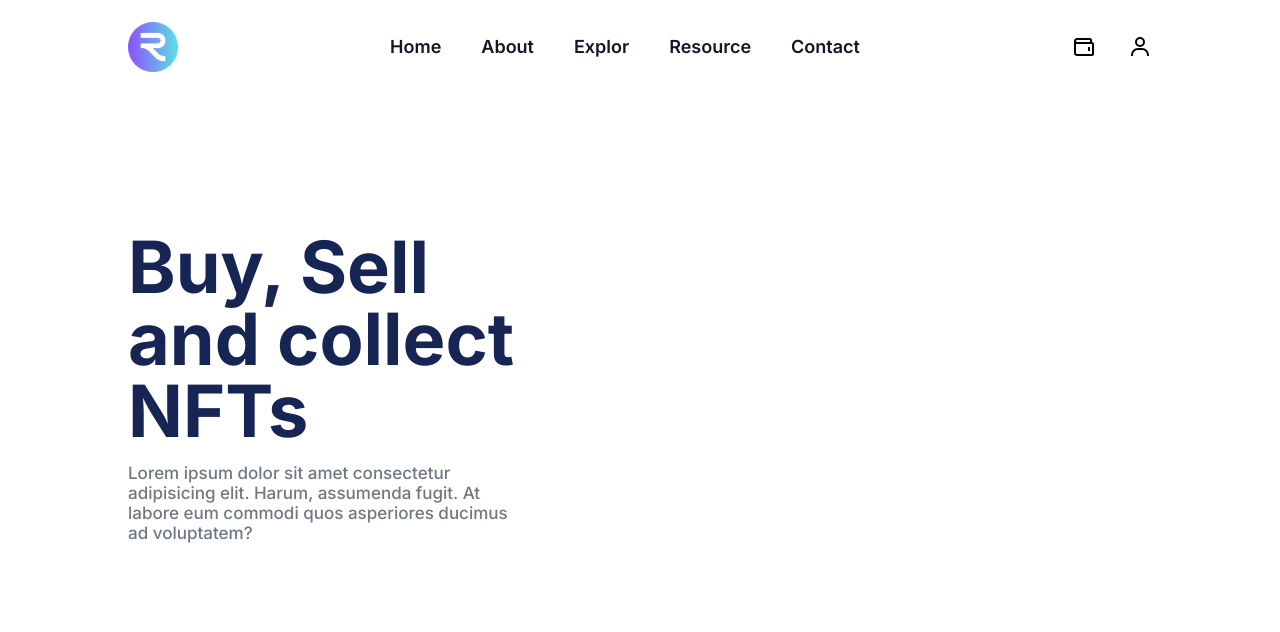
Repository: longblue2910/rimdasilva-ui
Page: /
These files come from the project's save history. The page is drawn as it stood at one moment and after a run of saves; the edit follows.
The browser window is 1280 px wide. The pictures show the whole page.
The project was rebuilt for these pictures with package versions that can differ from the ones it lists, and the page was loaded fresh each time. The framework's server and built-in components were replaced by stand-ins that run in the browser. Also part of the build but not shown: next.config.mjs.

Above is the page before, as saved 2024-08-09 17:06:28.

After the next 2 saves:
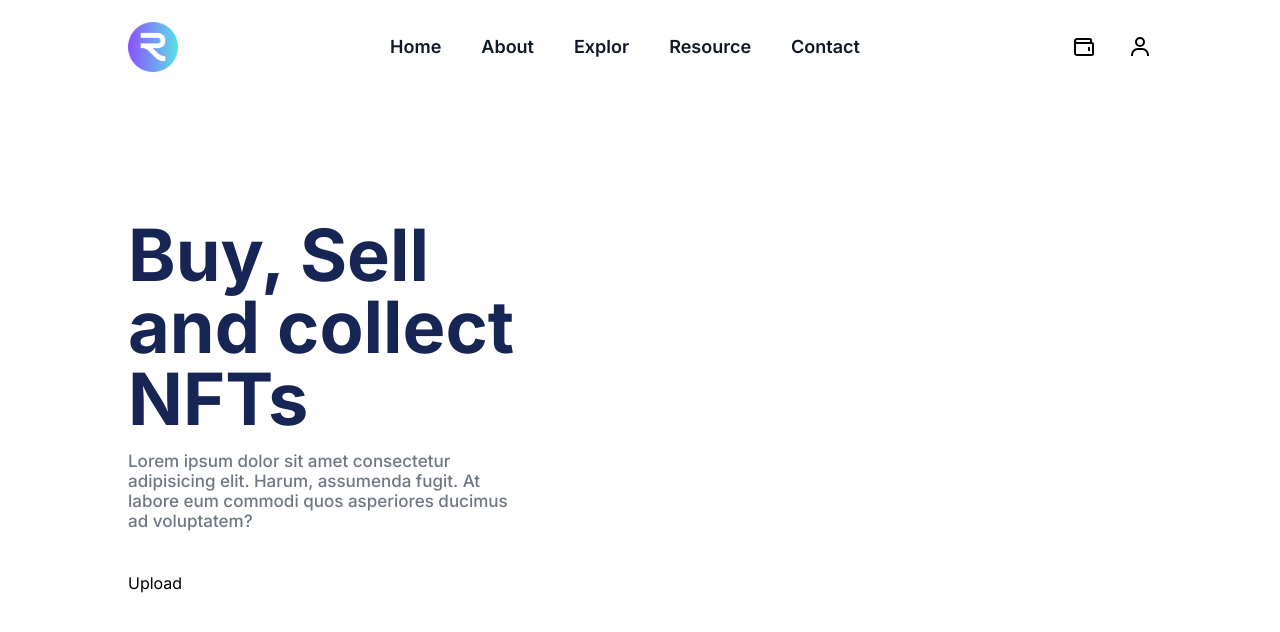
The 2 saves are shown as one change because they came seconds apart.
The last was saved 7 s later.
--- a/components/Home/Hero/Hero.tsx
+++ b/components/Home/Hero/Hero.tsx
@@ -14,7 +14,9 @@ const Hero = () => {
             assumenda fugit. At labore eum commodi quos asperiores ducimus ad
             voluptatem?
           </p>
-          <div className="flex items-center space-x-2 mt-10"></div>
+          <div className="flex items-center space-x-2 mt-10">
+            <button>Upload</button>
+          </div>
         </div>
         {/* Image */}
       </div>
